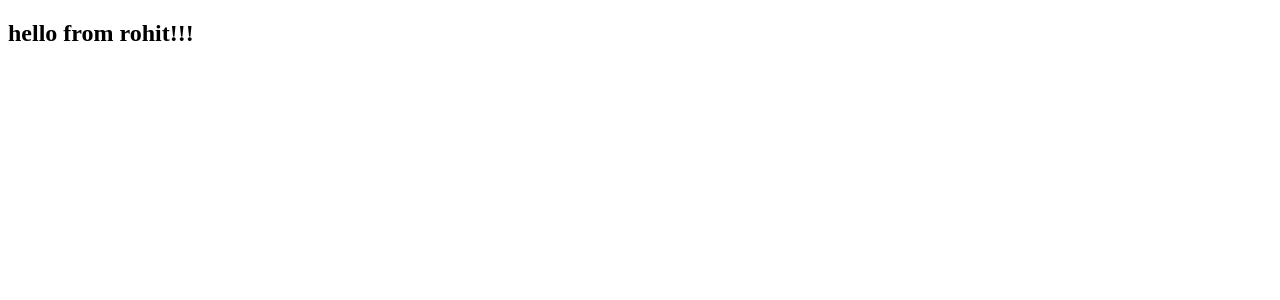
Repository: slokdhorda/first-git-project
Page: index.html
An editor plug-in stored every save of this project. The page is shown before and after the next save, followed by the edit.
The browser window is 1280 px wide. The pictures show the whole page.

Above is the page before, as saved 2025-10-19 21:54:09.

After the next save:
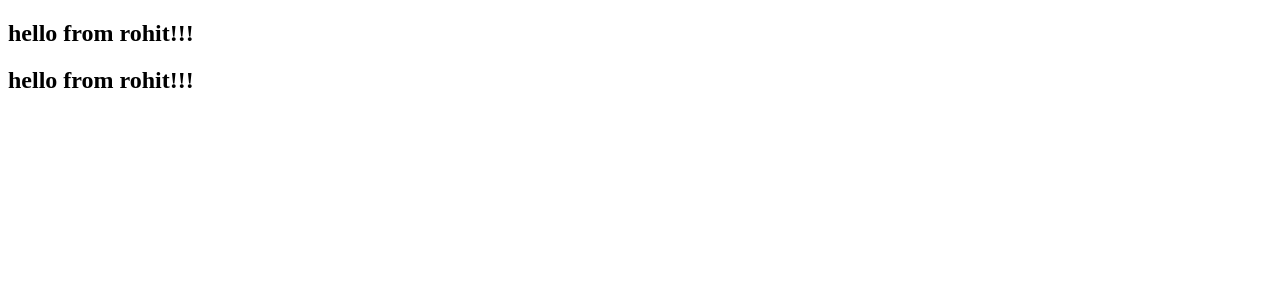
Saved 15 min 24 s later.
--- a/index.html
+++ b/index.html
@@ -7,5 +7,6 @@
 </head>
 <body>
     <h2>hello from rohit!!!</h2>
+    <h2>hello from rohit!!!</h2>
 </body>
 </html>
